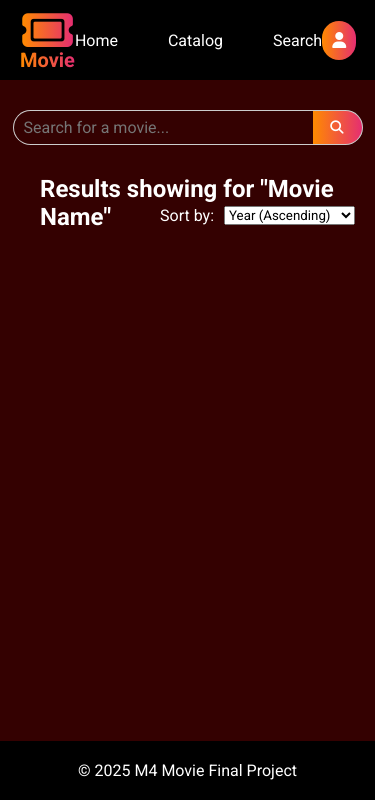
Repository: avivanguyen/m4_movie-FinalProject
Page: index.html
An editor plug-in stored every save of this project. The page is shown before and after a run of saves, followed by the edit.
The browser window is 375 px wide. The pictures show the whole page.
Some web libraries are served in a nearby version.

Above is the page before, as saved 2025-12-30 08:05:06.

After the next 2 saves:
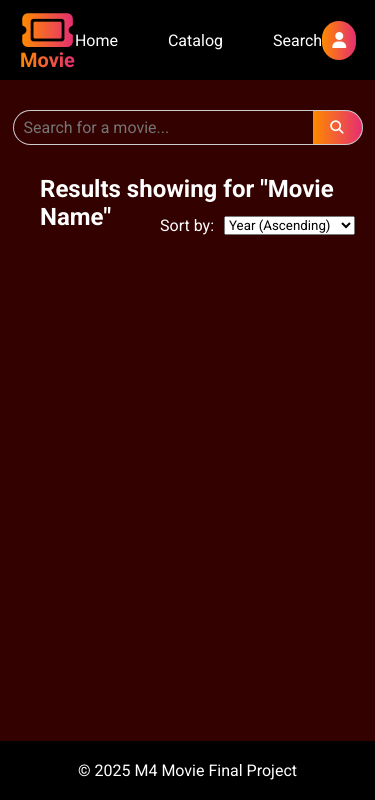
The 2 saves are shown as one change because they came seconds apart.
The last was saved 73 s later.
--- a/styles.css
+++ b/styles.css
@@ -360,6 +360,10 @@ RESPONSIVE STYLES
         padding: 10px;
     }
 
+    .sort {
+        margin-top: -55px;
+    }
+
     .movie-card {
         margin: 8px;
     }
